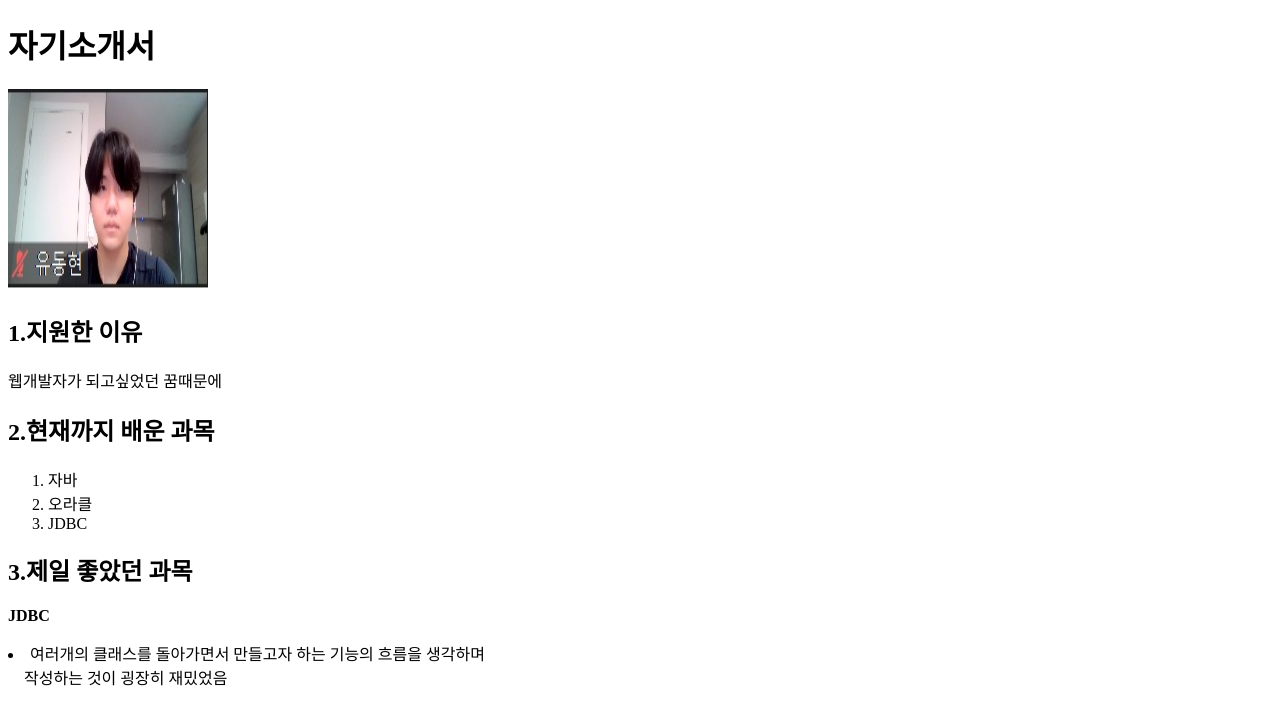
Repository: DongHyenYoo/DongHyen
Page: JdbcStudy/HTMLTEST/WebContent/SelfIntro.html
These files come from the project's save history. The page is drawn as it stood at one moment and after the next save; the edit follows.
The browser window is 1280 px wide. The pictures show the whole page.

Above is the page before, as saved 2022-09-23 07:27:32.

After the next save:
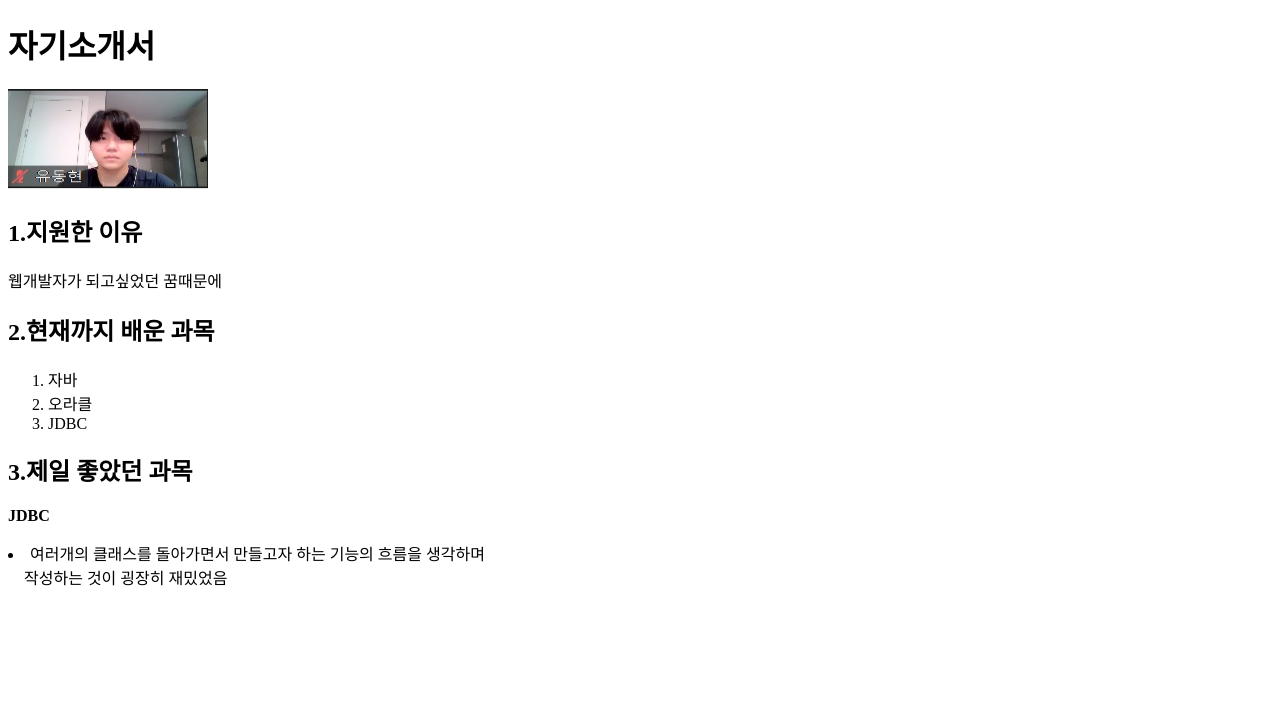
Saved 5 s later.
--- a/JdbcStudy/HTMLTEST/WebContent/SelfIntro.html
+++ b/JdbcStudy/HTMLTEST/WebContent/SelfIntro.html
@@ -7,7 +7,7 @@
 <body>
 	<h1>자기소개서</h1>
 
-	<img src="Test.jpg" width="200" height = "200">
+	<img src="Test.jpg" width="200" height = "100">
 	<h2>1.지원한 이유</h2>
 	<p>웹개발자가 되고싶었던 꿈때문에</p>
 
